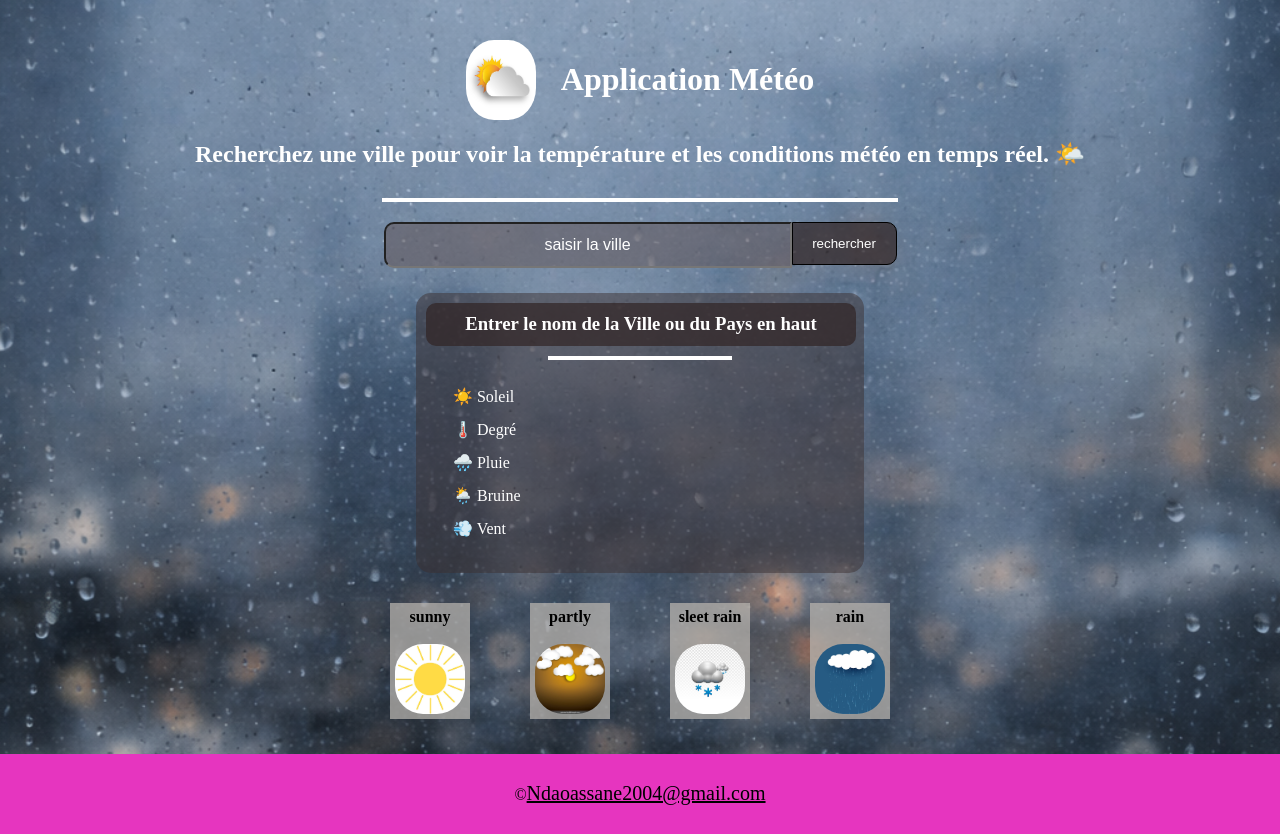
Repository: assanendao171/meteo
Page: index.html
These files come from the project's save history. The page is drawn as it stood at one moment and after a run of saves; the edit follows.
The browser window is 1280 px wide. The pictures show the whole page.

Above is the page before, as saved 2026-03-16 13:30:12.

### index.html
<!DOCTYPE html>
<html lang="en">

<head>
    <meta charset="UTF-8">
    <meta name="viewport" content="width=device-width, initial-scale=1.0">
    <title>Document</title>
    <link rel="stylesheet" href="meteo2.css">
</head>

<body>
    <div id="haut">
        <img src="icone.jpg" alt="icone" id="photosoleil">
        <h1>Application Météo </h1>
    </div>
    <h2>Recherchez une ville pour voir la température et les conditions météo en temps réel. 🌤️</h2>
    <hr>
            <div id="bloc">
            <input type="text" id="input" placeholder="saisir la ville">
            <button id="btn">rechercher</button>
        </div>
    <div id="contain">
        <div id="resultat">
            <h3 id="h3">Entrer le nom de la Ville ou du Pays en haut</h3>
        </div>
        <hr>
        <div id="stat">
        <p id="emoji">☀️ Soleil</p>
        <p id="emoji">🌡️ Degré</p >
        <p id="emoji">🌧️ Pluie</p >
        <p id="emoji">🌦️ Bruine</p >
        <p id="emoji">💨 Vent</p >
        </div>
    </div>
    <div id="contain2">
        <div id="enfant">
            <h4>sunny</h4><br>
            <img src="sunny.jpg" alt="" id="photobas">
        </div>



        <div id="enfant">
            <h4>partly </h4><br>
            <img src="partlycloud.jpg" alt="" id="photobas">
        </div>

        <div id="enfant">
            <h4>sleet rain</h4><br>
            <img src="sleetrain.jpg" alt="" id="photobas">
        </div>

        <div id="enfant">
            <h4>rain</h4><br>
            <img src="rain.jpg" alt="" id="photobas">
        </div>



    </div>
    </div>
    <footer>
        <p id="p">&copy;<a href="mailto:Ndaoassane2004@gmail.com">Ndaoassane2004@gmail.com</a></p>
    </footer>
    <script src="meteo2.js"></script>
</body>

</html>

### meteo2.css
body {
  display: flex;
  flex-direction: column;
  justify-content: center;
  justify-content: center;
  align-items: center;
  background-image: url("background.png");
  background-position: center;
  background-repeat: no-repeat;
  background-size: cover;
  color: rgb(255, 255, 255);
  padding-top: 40px;
  margin: 0;
}
#haut{
  display: flex;
  gap: 25px;
}
#bloc{
    display: flex;
    flex-direction: row;
    justify-content: center;
}
#photosoleil{
  width: 70px;
    border-radius: 40%;

}
#photobas{
  width: 70px;
    border-radius: 40%;

}
#recherche{
  width: 40px;
}
hr {
  color: white;
  border: 2px solid white;
  margin-top: 10px;
  width: 40%;
  margin-bottom: 20px;
}
#contain {
  margin-top: 25px;
  text-align: center;
  width: 35%;
background-color: rgba(59, 47, 47, 0.479);
  border-radius: 15px;
  height: 280px;
}
input {
  width: 400px;
  height: 40px;
  border-radius: 10px 0 0 10px;
background-color: rgba(97, 81, 81, 0.479);
color: white;
font-size: 1rem;
}
::placeholder{
  color: white;
  font-size: 1rem;
  text-align: center;
}
button {
  height: 43px;
  width: 105px;
  border-radius: 0 10px 10px 0;
  color: white;
  cursor: pointer;
  border: 1px solid black;
background-color: rgba(49, 36, 36, 0.692);
}

#resultat {
  margin-top: 60px;
  background-color: aliceblue;
width: 96%;
margin: 10px;
height: 43px;
border-radius: 10px;
display: flex;
flex-direction: column;
justify-content: center;
align-items: center;
background-color: rgba(49, 36, 36, 0.692);
}
h3 {
color: white;
  text-decoration: none;
}
#icone {
  color: rgb(70, 62, 62);
}
#stat{
  margin-left: 30px;
  display: flex;
  flex-direction: column;
  justify-content: flex-start;
  align-items: flex-start;

}
#emoji{
  font-size: 1rem;
   margin: 7px;
}
#enfant{
  background-color: rgba(184, 180, 175, 0.733);
  padding: 5px;
  display: flex;
  flex-direction: column;
  justify-content: center;
align-items: center;}
#contain2{
  display: flex;
  flex-direction: row;
  justify-content: flex-start;
  gap: 60px;
  padding-top: 30px;
  color: rgb(255, 39, 39);
}
h4{
  margin: 0;
  color: black;
}
footer{
  margin-top: 35px;
  width: 100%;
  height: 80px;
  background-color: rgb(230, 53, 191);
  color: black;
  text-shadow: none;
  display: flex;
  flex-direction: row;
  align-items: center;
  justify-content: center;
}
#p a{
  text-align: center;
  font-size: 20px;
  color: black;
}
/* les media query mobile */

@media(max-width:768px){
*{
box-sizing: border-box;
}
html, body {
  width: 100%;
  height: 100%;
  overflow-x: hidden;
  margin: 0;
}
#haut{
display: flex;
flex-direction: column;
justify-content: center;
align-items: center;
}
#photosoleil{
    width: 70px;
    border-radius: 40%;
}
hr {
  color: white;
  border: 2px solid white;
  margin-top: 10px;
  width: 60%;
  margin-bottom: 20px;
}
#contain {
  padding-top: 25px;
  text-align: center;
  width: 80%;
  background-color: aquamarine;
  border-radius: 15px;
  height: 280px;
}
input {
  width: 60%;
  height: 30px;
  border-radius: 15px;
  box-shadow: blue 1px 1px 6px 1px;
  margin-left:15px;
}
button {
  height: 30px;
  width: 95px;
  border-radius: 15px;
  color: white;
  cursor: pointer;
  border: 1px solid white;
    margin-right: 15px;

}
button:hover {
  background-color: rgb(255, 255, 255);
  color: rgb(0, 4, 255);
  cursor: pointer;
  border: 1px solid blue;
  transform: scale(1.1);
  transition: 0.5s;
}
#resultat {
  background-color: aliceblue;
  display: flex;
  flex-direction: column;
  justify-content: center;
  justify-content: center;
  align-items: center;
  width: 60%;
  height: 120px;
  border-radius: 20px;
  font-size: 15px;
}
#recherche{
  width: 30px;
  height: 25px;
}
h3 {
  color: rgb(61, 52, 52);
  text-decoration: none;
  font-size: 15px;
  margin: 10px;
}
h1,h2{
  font-size: 20px;
  text-align: center;
  margin: 10px;
}
#enfant{
  background-color: rgba(184, 180, 175, 0.733);
  padding: 10px;
  display: flex;
  flex-direction: column;
  justify-content: center;
align-items: center;
border-radius: 15%;
}
#contain2{
  display: flex;
  flex-direction: row;
  justify-content: flex-start;
  gap: 15px;
  flex-wrap: wrap;
  color: rgb(255, 39, 39);
  margin-top: 35px;
}
#photobas{
    width: 35px;
    border-radius: 30%;
}
h4{
  margin: 0;
  color: black;
}
footer{
  margin-top: 80px;
  width: 100%;
  height: 130px;
  background-color: rgb(230, 53, 191);
  color: black;
  text-shadow: none;
  display: flex;
  flex-direction: row;
  align-items: center;
  justify-content: center;
}
#p a{
  text-align: center;
  font-size: 15px;
  color: black;
}
}

@media (min-width: 768px) and (max-width: 1024px) {
*{
box-sizing: border-box;
}
html, body {
  width: 100%;
  height: 100%;
  overflow-x: hidden;
  margin: 0;
}
#photosoleil{
    width: 100px;
    border-radius: 40%;
}
h1,h2{
  font-size: 30px;
  text-align: center;
  margin: 10px;
}
input {
  width: 60%;
  height: 40px;
  border-radius: 15px;
  box-shadow: blue 1px 1px 6px 1px;
  margin-left:15px;
}
button {
  height: 40px;
  width: 95px;
  border-radius: 15px;
  color: white;
  cursor: pointer;
  border: 1px solid white;
    margin-right: 15px;

}
button:hover {
  background-color: rgb(255, 255, 255);
  color: rgb(0, 4, 255);
  cursor: pointer;
  border: 1px solid blue;
  transform: scale(1.1);
  transition: 0.5s;
}
#resultat {
  background-color: aliceblue;
  display: flex;
  flex-direction: column;
  justify-content: center;
  justify-content: center;
  align-items: center;
  width: 80%;
  height: 120px;
  border-radius: 20px;
  font-size: 15px;
}
footer{
  margin-top: 80px;
  width: 100%;
  height: 160px;
  background-color: rgb(230, 53, 191);
  color: black;
  text-shadow: none;
  display: flex;
  flex-direction: row;
  align-items: center;
  justify-content: center;
}
#p a{
  text-align: center;
  font-size: 25px;
  color: black;
}
}

### meteo2.js
let input = document.getElementById("input");
let btn = document.getElementById("btn");
let h3 = document.getElementById("h3");
let icone = document.getElementById("icone");

let apiKey = "62ecfbc2ac82aa867b7d2b579270f663";
async function avoirMeteo(ville) {
  try {
    let data = await fetch(
      `https://api.openweathermap.org/data/2.5/weather?q=${ville}&appid=${apiKey}&units=metric`,
    );
    if (!data.ok) {
      throw new Error("ville introuvable !");
    }
    let reponse = await data.json();
    icone.textContent = "🔍";
    h3.textContent =`Recherche en cours...${input.value}`
    async function temps() {
      let meteo=reponse.weather[0].main
      let emoji=""
      if(meteo==="Clear"){
        emoji="☀️"
      }
      else if(meteo==="Clouds"){
        emoji="☁️"
      }
      else if(meteo==="Rain"){
        emoji= "🌧️"
      }
      else {
  emoji = "🌤️"
}
      await new Promise((resolve) => setTimeout(resolve, 4000));
      icone.textContent = "✅";
      h3.textContent = `🌡️ ${reponse.name} :${emoji} ${reponse.main.temp}°C, ${reponse.weather[0].description}`;
      input.value=""
    }
    temps();
  } catch (Error) {
    async function wait(){
          icone.textContent = "🔍";
    h3.textContent =`Recherche en cours...${input.value}`
      await new Promise(resolve=>setTimeout(resolve,4000))
    icone.textContent = "❌  ";
h3.textContent = "Ville introuvable ";    input.value=""
    }
    wait()
  }
}
btn.addEventListener("click", function () {
  if(input.value===""){
    alert("le champ est vide")
    return
  }
  let ville = input.value.trim();
  if (ville) {
    avoirMeteo(ville);
  }
});

After the next 2 saves:
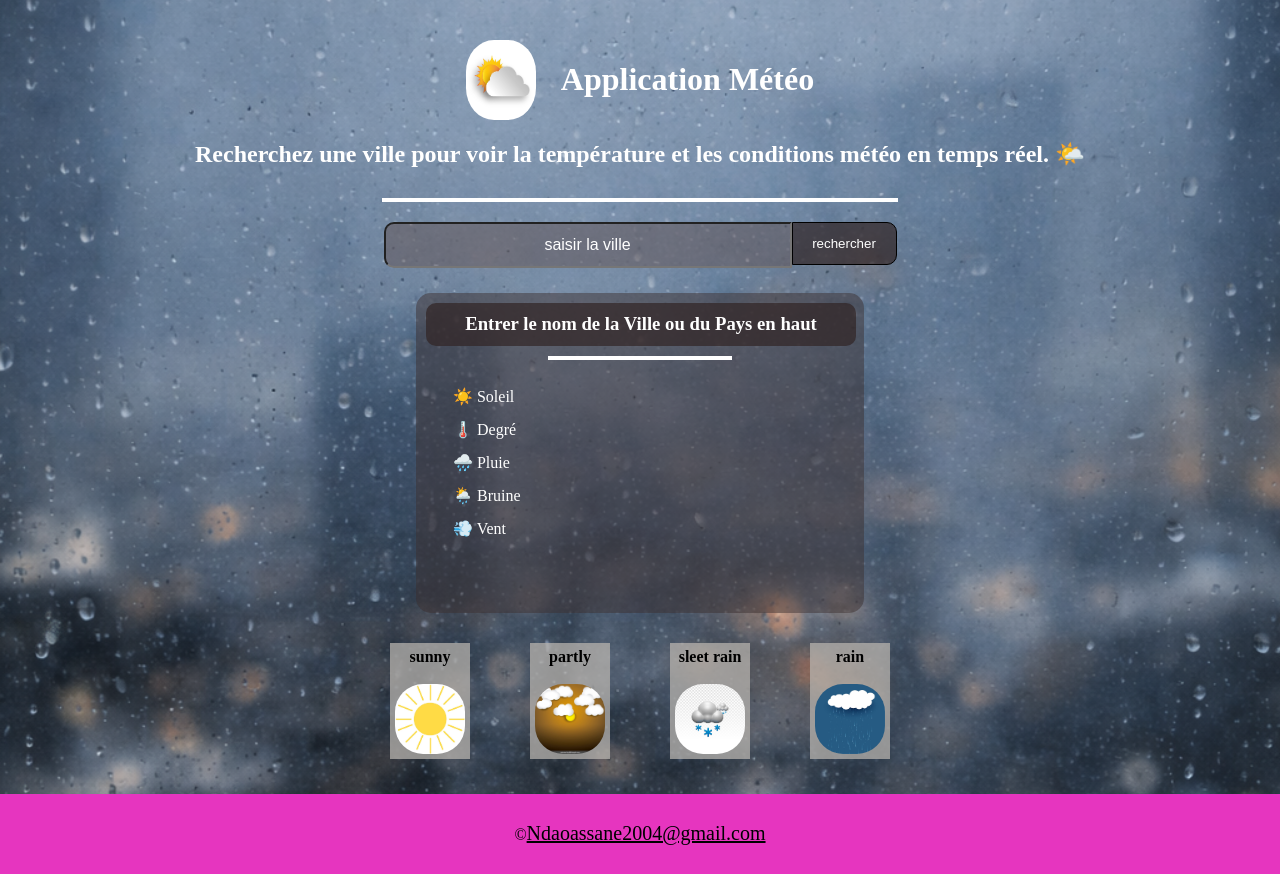
The 2 saves are shown as one change because they came seconds apart.
The last was saved 73 s later.
--- a/meteo2.css
+++ b/meteo2.css
@@ -47,7 +47,7 @@ hr {
   width: 35%;
 background-color: rgba(59, 47, 47, 0.479);
   border-radius: 15px;
-  height: 280px;
+  height: 320px;
 }
 input {
   width: 400px;
